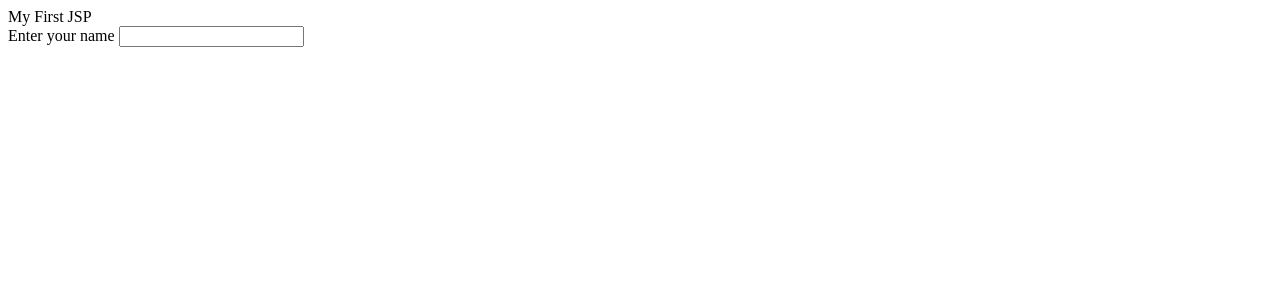
Repository: Ankita26091998/spring1
Page: http://localhost/FirstWebApp/
The author's editor kept a copy of each file at every save. The page is drawn from the files as they stood at one save, then again after the next save.
The browser window is 1280 px wide. The pictures show the whole page.
The page is served by Tomcat 9.

Above is the page before, as saved 2022-07-15 14:54:03.

After the next save:
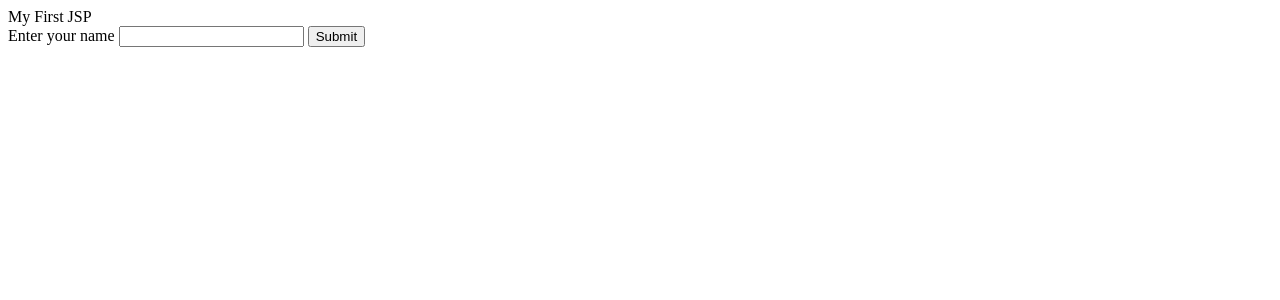
Saved 75 s later.
--- a/FirstWebApp/src/main/webapp/WEB-INF/views/login.jsp
+++ b/FirstWebApp/src/main/webapp/WEB-INF/views/login.jsp
@@ -10,7 +10,7 @@
 My First JSP ${name}
 <form action="/login.do">
 Enter your name <input type="text" name="name"/>
-
+<input type="submit">
 </form>
 </body>
 </html>
